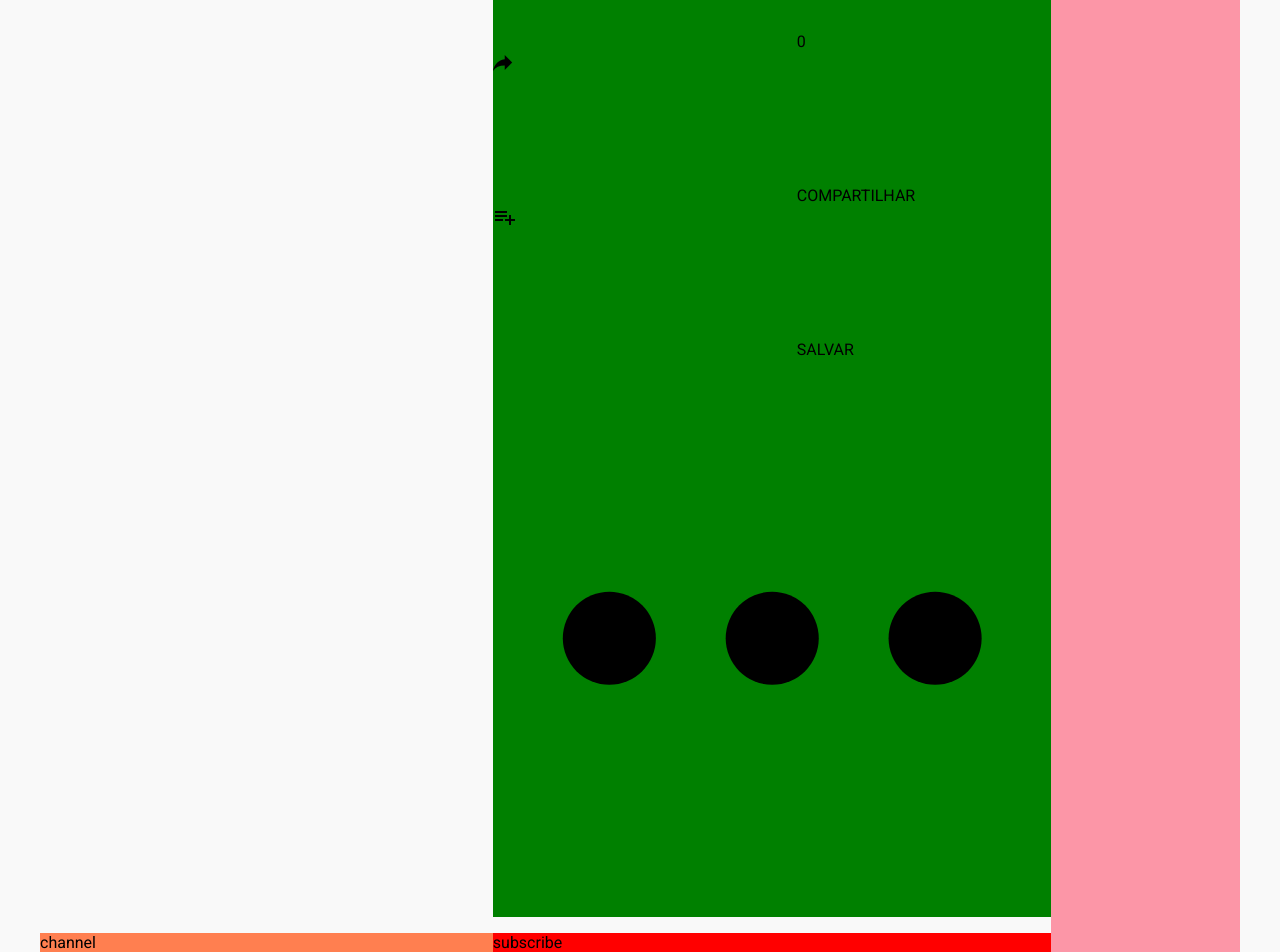
Repository: rafavirginio/clone-do-youtube
Page: index.html
An editor plug-in stored every save of this project. The page is shown before and after the next save, followed by the edit.
The browser window is 1280 px wide. The pictures show the part of the page from y = 925 to 1877 px (the page is 1877 px tall before and 1473 px after).

Above is the page before, as saved 2020-10-04 22:35:21.

After the next save:
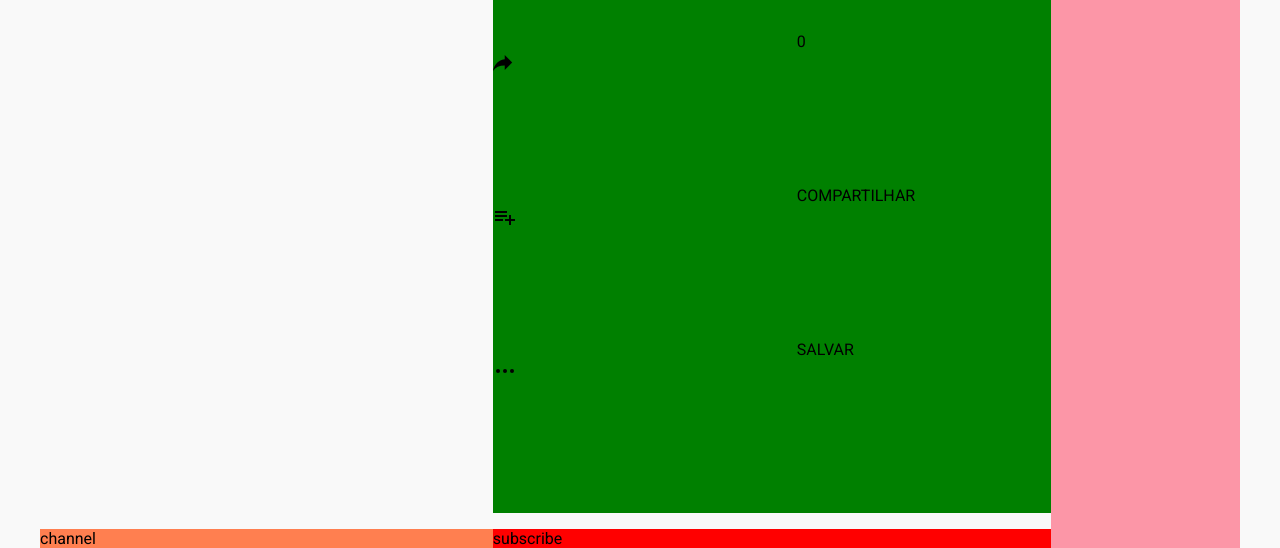
Saved 2 min 7 s later.
--- a/index.html
+++ b/index.html
@@ -66,10 +66,9 @@
             </div>
 
             <div class="action">
-                <svg viewBox="0 0 24 24" preserveAspectRatio="xMidYMid meet" focusable="false" class="style-scope yt-icon" style="pointer-events: none; display: block; width: 100%; height: 100%;"><g class="style-scope yt-icon">
-                    <circle cx="5" cy="12" r="2" class="style-scope yt-icon"></circle>
-                    <circle cx="12" cy="12" r="2" class="style-scope yt-icon">
-</circle><circle cx="19" cy="12" r="2" class="style-scope yt-icon"></circle>
+                <svg><g><circle cx="5" cy="12" r="2" class="style-scope yt-icon"></circle>
+                    <circle cx="12" cy="12" r="2" class="style-scope yt-icon"></circle>
+                    <circle cx="19" cy="12" r="2" class="style-scope yt-icon"></circle>
                   </g></svg>
             </div>
         </section>
